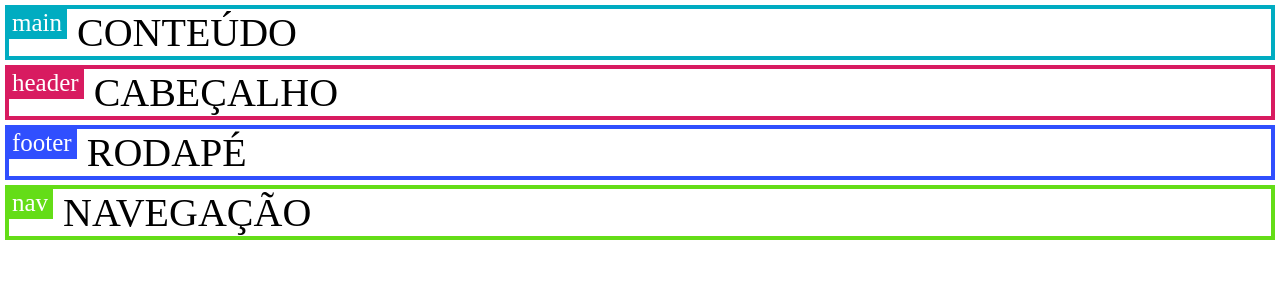
Repository: eversonps/flexbox-grid-css
Page: grid/cssgrid3.html
The author's editor kept a copy of each file at every save. The page is drawn from the files as they stood at one save, then again after the next save.
The browser window is 1280 px wide. The pictures show the whole page.

Above is the page before, as saved 2022-03-23 16:54:03.

### grid/cssgrid3.html
<!DOCTYPE html>
<html>

<head>
    <meta charset="UTF-8">
    <title>CSS Grid #03</title>
    <link rel="stylesheet" href="css/tag.css">
    <style>
        * {
            padding: 0;
            margin: 0;
        }

        header {
            grid-area: cabecalho;
        }

        nav {
            grid-area: navegacao;
        }

        main {
            grid-area: conteudo;
        }

        footer {
            grid-area: rodape;
        }


    </style>
</head>

<body>
    <main class="tag">CONTEÚDO</main>
    <header class="tag">CABEÇALHO</header>
    <footer class="tag">RODAPÉ</footer>
    <nav class="tag">NAVEGAÇÃO</nav>

    <script src="js/tag.js"></script>
</body>

</html>

### grid/js/tag.js
const colors = {
    p: '#388e3c',
    div: '#1565c0',
    span: '#e53935',
    section: '#f67809',
    ul: '#5e35b1',
    ol: '#fbc02d',
    header: '#d81b60',
    nav: '#64dd17',
    main: '#00acc1',
    footer: '#304ffe',
    form: '#9f6581',
    body: '#25b6da',
    padrao: '#616161',
    get(tag) {
        return this[tag] ? this[tag] : this.padrao
    }
}

document.querySelectorAll('.tag').forEach(elemento => {
    const tagName = elemento.tagName.toLowerCase()

    elemento.style.borderColor = colors.get(tagName)

    if (!elemento.classList.contains('nolabel')) {
        const label = document.createElement('label')
        label.style.backgroundColor = colors.get(tagName)
        label.innerHTML = tagName
        elemento.insertBefore(label, elemento.childNodes[0])
    }
})

Loaded but not shown: grid/css/tag.css (common file)

After the next save:
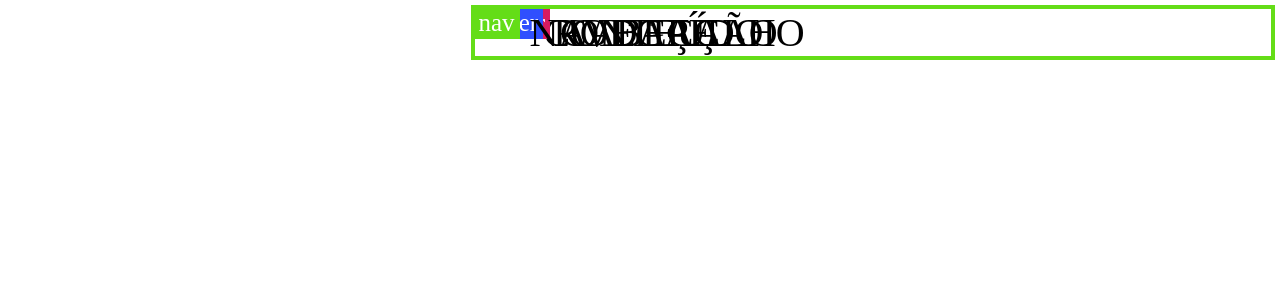
Saved 68 s later.
--- a/grid/cssgrid3.html
+++ b/grid/cssgrid3.html
@@ -27,7 +27,9 @@
             grid-area: rodape;
         }
 
-
+        body{
+            display: grid;
+        }
     </style>
 </head>
 
